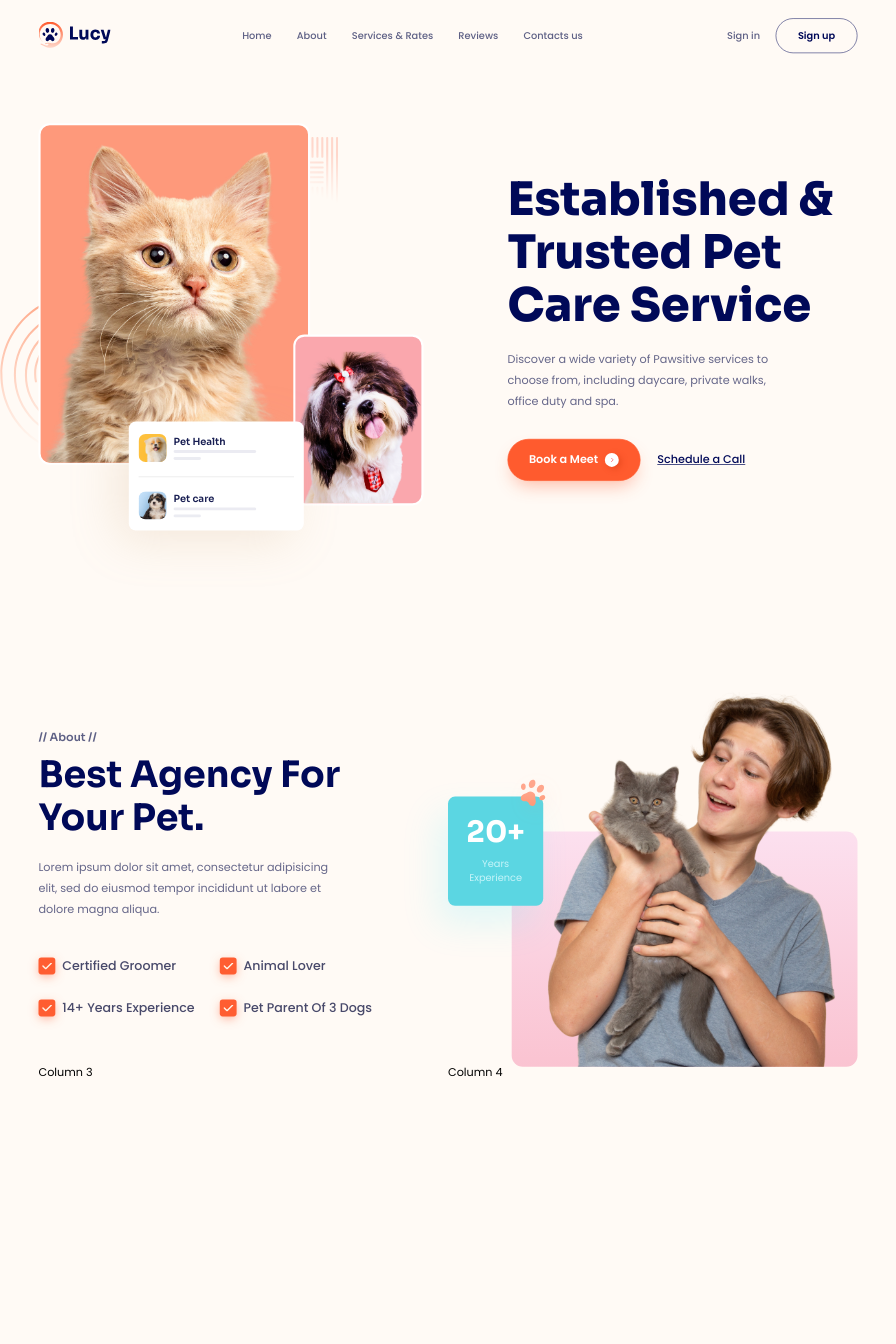
Repository: empty24062002/f8-project-05
Page: index.html
An editor plug-in stored every save of this project. The page is shown before and after the next save, followed by the edit.
The browser window is 1280 px wide. The pictures show the part of the page from y = 0 to 1920 px (the page is 10965 px tall before and 10896 px after), at 70% of full size.

Above is the page before, as saved 2023-09-11 10:28:11.

After the next save:
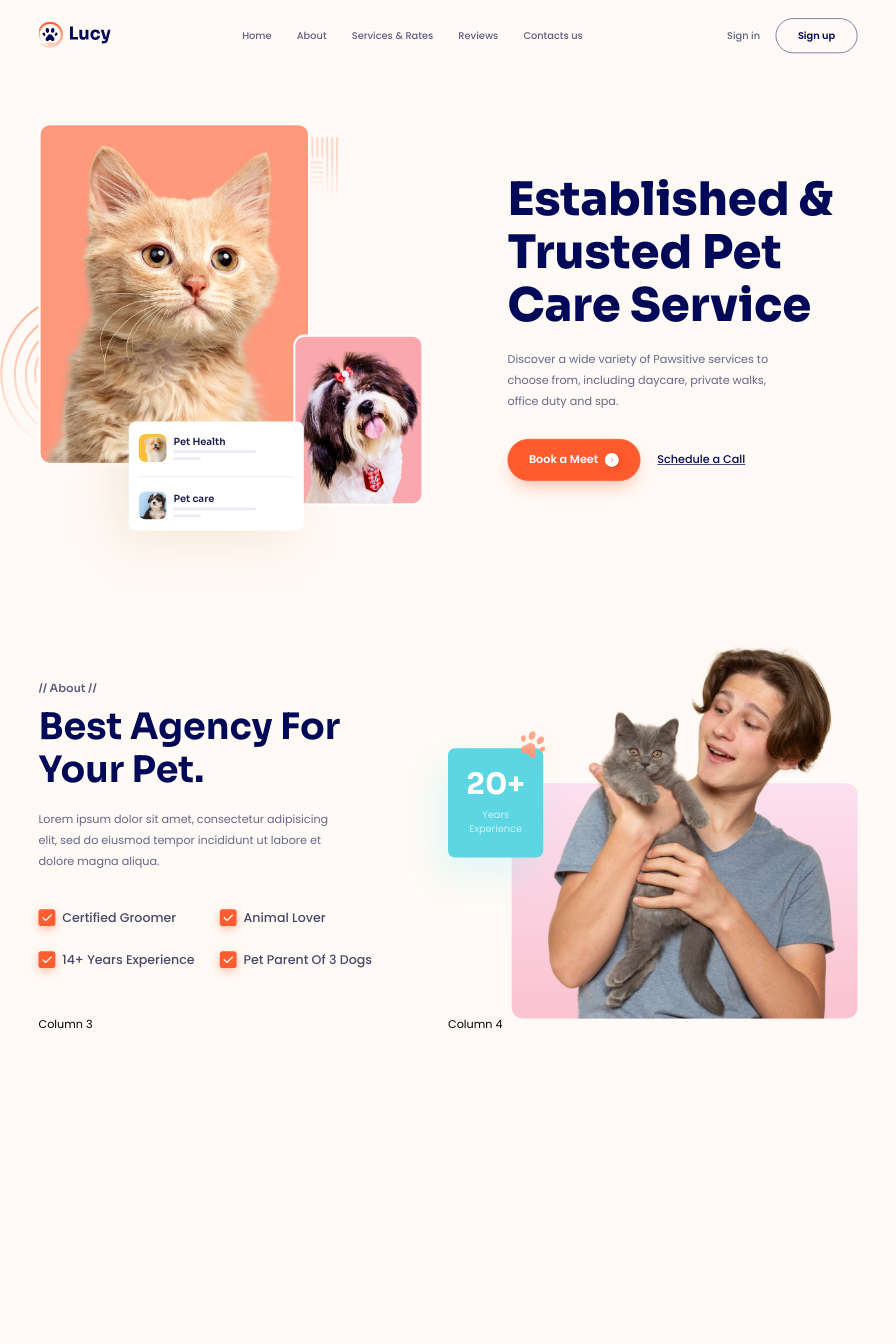
Saved 50 s later.
--- a/assets/css/styles.css
+++ b/assets/css/styles.css
@@ -293,7 +293,7 @@ a {
 }
 /* about */
 .about {
-    margin-top: 207px;
+    margin-top: 138px;
     padding: 8px 0;
 }
 
